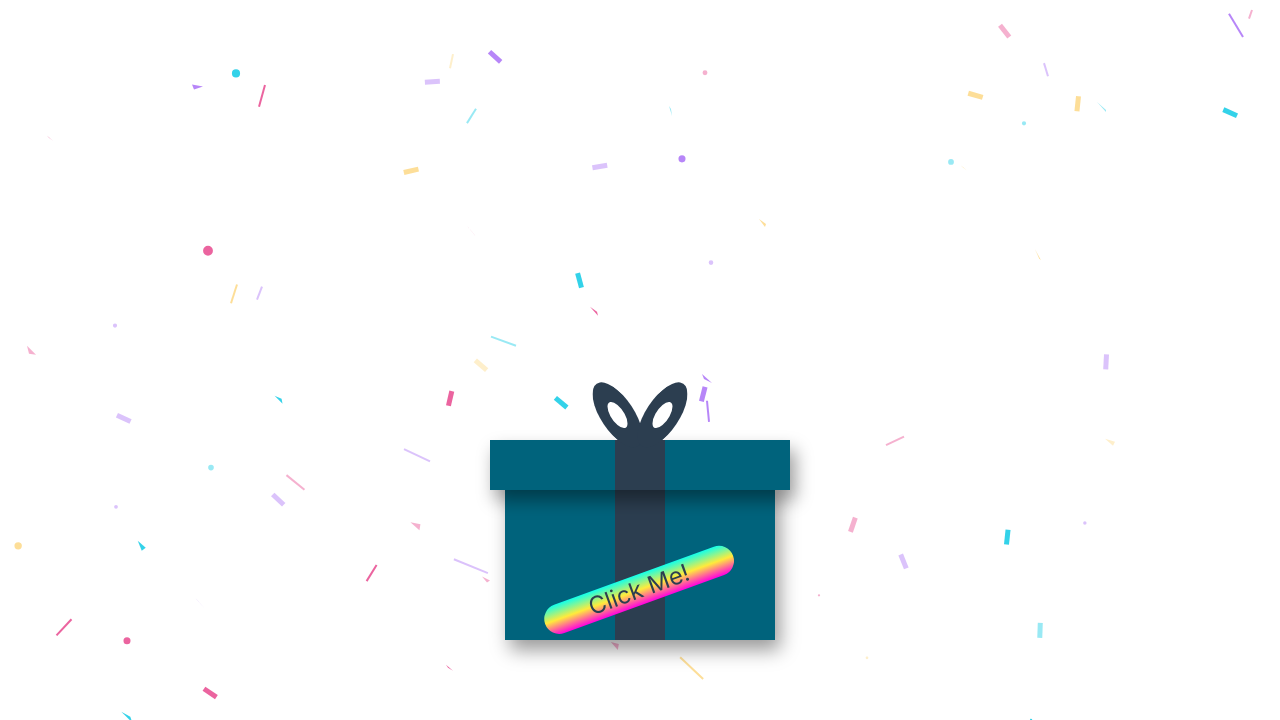
Repository: trongnghia161001/birth_day
Page: index.html
These files come from the project's save history. The page is drawn as it stood at one moment and after the next save; the edit follows.
The browser window is 1280 px wide. The pictures show the whole page.

Above is the page before, as saved 2022-11-14 22:27:02.

After the next save:
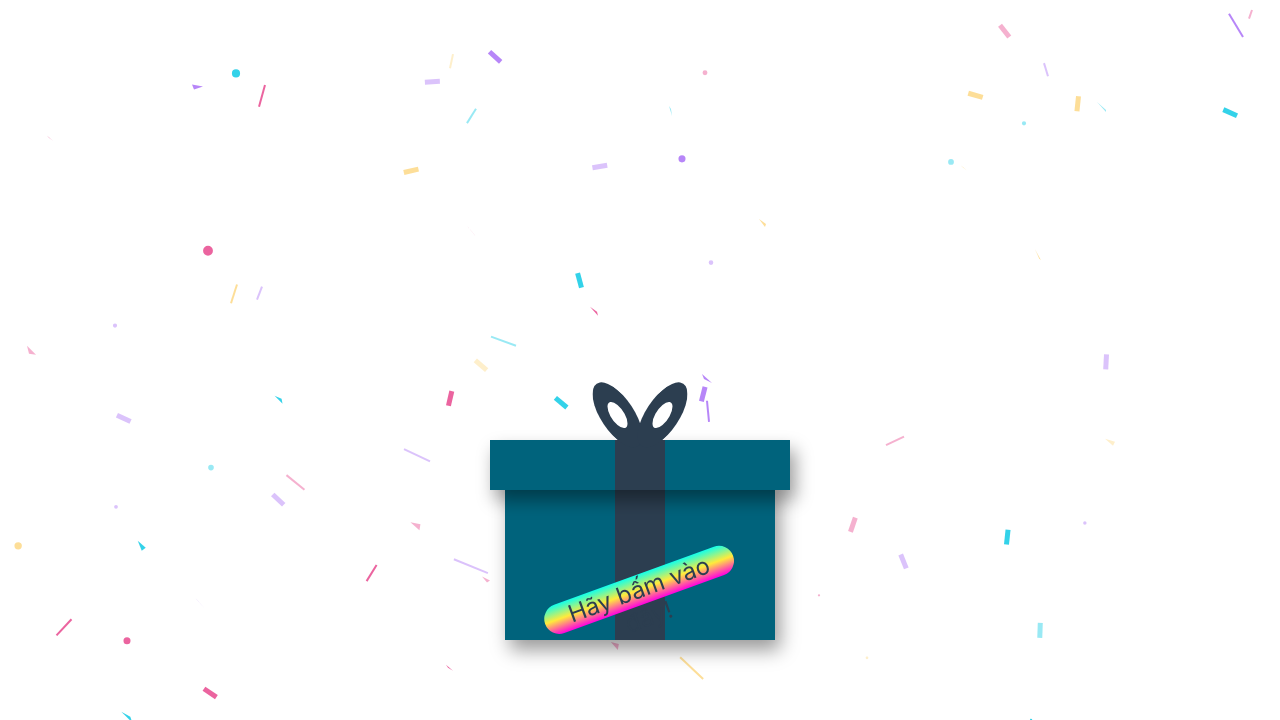
Saved 2 min 58 s later.
--- a/styles/style.css
+++ b/styles/style.css
@@ -71,7 +71,7 @@ li span {
   position: absolute;
   color: #2C3E50;
   width: 100%;
-  content: "Click Me!";
+  content: "Hãy bấm vào đây!";
   left: 50px;
   bottom: 0;
   font-size: 24px;
